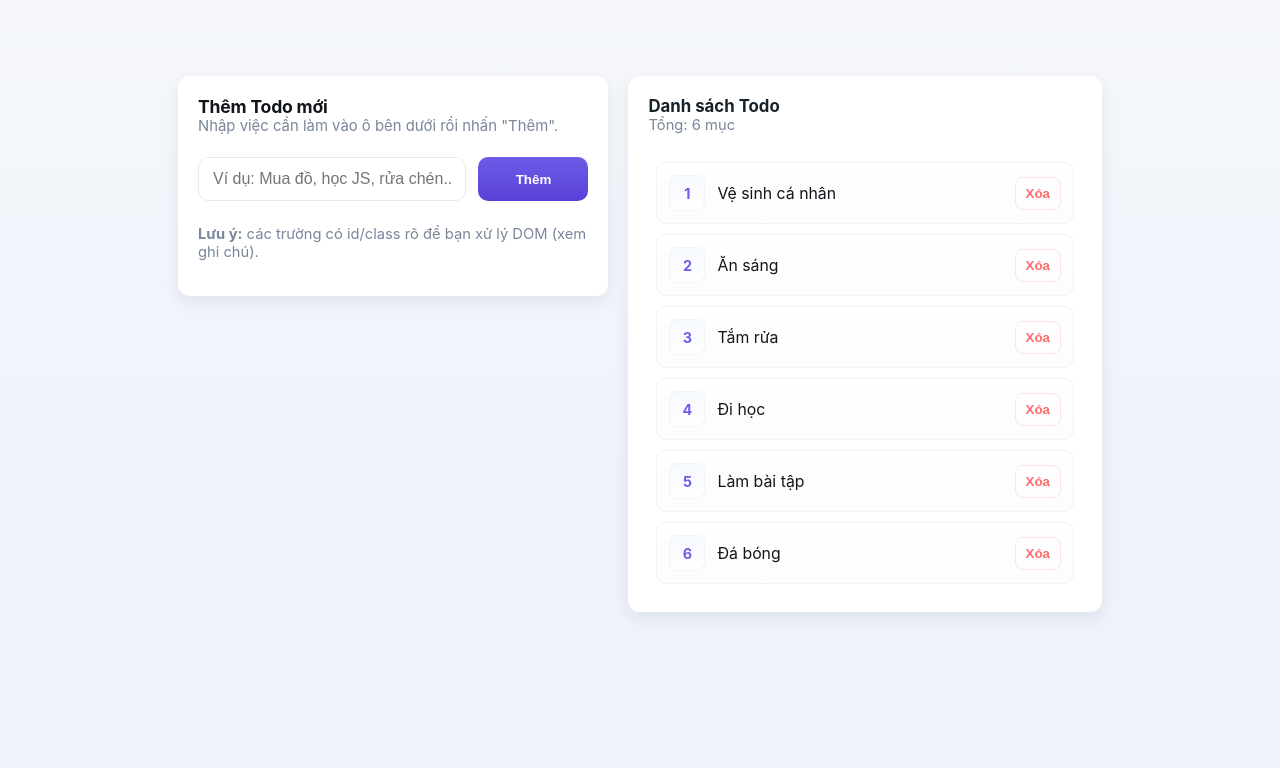
Repository: binhphanbp/ECMAScript_WEB501_WD20301
Page: class_TranBaHo/lesson3/1.todo-list/dom/index.html
An editor plug-in stored every save of this project. The page is shown before and after the next save, followed by the edit.
The browser window is 1280 px wide. The pictures show the whole page.

Above is the page before, as saved 2025-09-23 10:53:42.

After the next save:
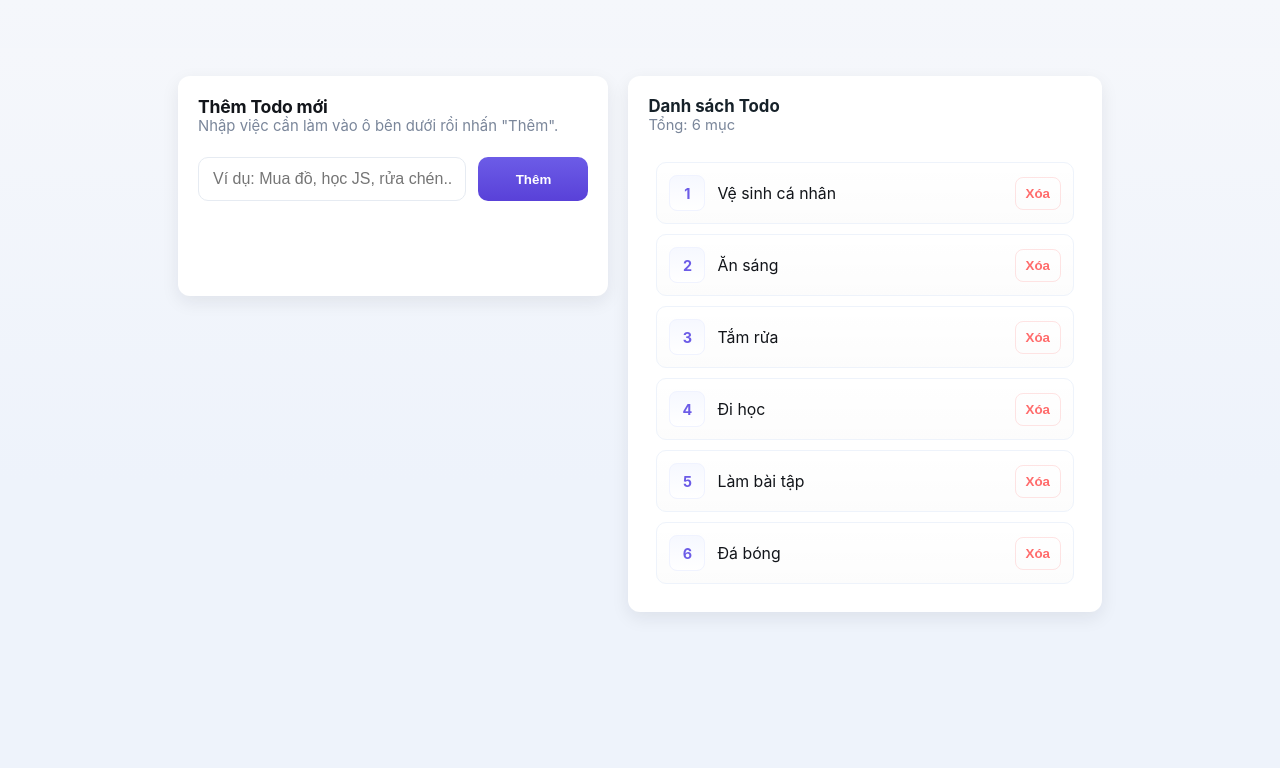
Saved 59 s later.
--- a/class_TranBaHo/lesson3/1.todo-list/dom/index.html
+++ b/class_TranBaHo/lesson3/1.todo-list/dom/index.html
@@ -276,11 +276,6 @@
             Thêm
           </button>
         </form>
-
-        <div style="margin-top: 8px; font-size: 0.92rem; color: var(--muted)">
-          <strong>Lưu ý:</strong> các trường có id/class rõ để bạn xử lý DOM
-          (xem ghi chú).
-        </div>
       </section>
 
       <!-- RIGHT BOX: list -->
